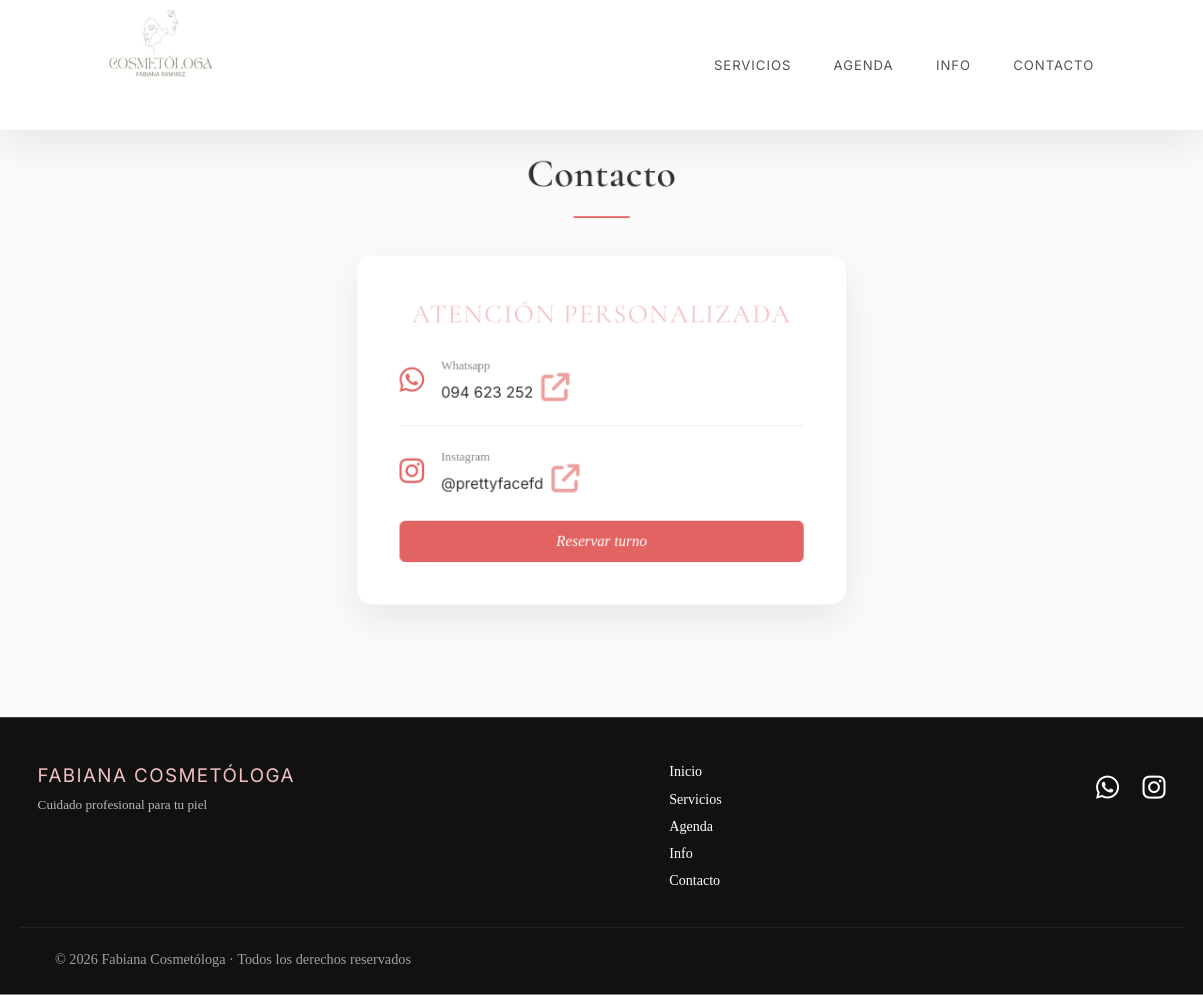
Repository: thiagobal1891-sudo/paginaweb
Page: pages/contacto.html
These files come from the project's save history. The page is drawn as it stood at one moment and after the next save; the edit follows.
The browser window is 1280 px wide. The pictures show the whole page, at 94% of full size.
Some web fonts or font styles are not loaded; a fallback is used.

Above is the page before, as saved 2026-03-17 14:11:38.
Console error: ReferenceError: emailjs is not defined

### pages/contacto.html

<!DOCTYPE html>
<html lang="es">
<head>
  <meta charset="UTF-8">
  <meta name="viewport" content="width=device-width, initial-scale=1.0">
  <title>Fabiana Cosmetóloga</title>
  <link rel="stylesheet" href="../css/style.css">
  <link rel="preconnect" href="https://fonts.googleapis.com">
  <link rel="preconnect" href="https://fonts.gstatic.com" crossorigin>
  <link
    href="https://fonts.googleapis.com/css2?family=Melodrama:wght@400;500;600;700&family=Inter:wght@100..900&family=Poppins:wght@100..900&family=Cormorant+Garamond:wght@300..700&display=swap"
    rel="stylesheet">
  <link rel="stylesheet" href="https://cdnjs.cloudflare.com/ajax/libs/font-awesome/6.5.0/css/all.min.css"
    crossorigin="anonymous" referrerpolicy="no-referrer" />
</head>

<body>
  <header>
    <div class="container">
      <a href="../index.html" class="logo">
        <img src="../media/logo.png"
  alt="Logo de la marca"
  loading="lazy"
  decoding="async">
      </a>
      <nav>
        <a href="servicios.html">SERVICIOS</a>
        <a href="agenda.html">AGENDA</a>
        <a href="info.html">INFO</a>
        <a href="contacto.html">CONTACTO</a>
      </nav>
    </div>
  </header>
<main>
<section id="contacto" class="appear">
<div class="section-title">
<h2>Contacto</h2>
</div>
<div class="container">
<div class="contact-card">
<h3>Atención personalizada</h3>
<div class="contact-item">
<i class="fa-brands fa-whatsapp"></i>
<div class="contact-info">
<span class="label">Whatsapp</span>
<a href="https://wa.me/59894623252"
target="_blank"
rel="noopener noreferrer"
class="valor">
094 623 252
<i class="fa-solid fa-arrow-up-right-from-square link-icon"></i>
</a>
</div>
</div>
<hr>
<div class="contact-item">
<i class="fa-brands fa-instagram"></i>
<div class="contact-info">
<span class="label">Instagram</span>
<a href="https://www.instagram.com/prettyfacefd"
target="_blank"
rel="noopener noreferrer"
class="valor">
@prettyfacefd
<i class="fa-solid fa-arrow-up-right-from-square link-icon"></i>
</a>
</div>
</div>
<a href="agenda.html#agenda-ya" class="btn-vermas">
Reservar turno
</a>
</div>
</div>

</section>
</main>
  <footer class="footer">
  <div class="footer-container">
    <div class="footer-brand">
      <h3>Fabiana Cosmetóloga</h3>
      <p>Cuidado profesional para tu piel</p>
    </div>
    <div class="footer-links">
      <a href="../index.html">Inicio</a>
      <a href="../pages/servicios.html">Servicios</a>
      <a href="../pages/agenda.html">Agenda</a>
      <a href="../pages/info.html">Info</a>
      <a href="../pages/contacto.html">Contacto</a>
    </div>
    <div class="footer-social">
      <a href="https://wa.me/59894623252" target="_blank">
        <i class="fa-brands fa-whatsapp"></i>
      </a>
      <a href="https://www.instagram.com/prettyfacefd" target="_blank">
        <i class="fa-brands fa-instagram"></i>
      </a>
    </div>
  </div>
  <div class="footer-bottom">
    <p>© 2026 Fabiana Cosmetóloga · Todos los derechos reservados</p>
  </div>
</footer>
  <script src="https://cdn.jsdelivr.net/npm/emailjs-com@3/dist/email.min.js"></script>
  <script src="../script.js" defer></script>
</body>
</html>

### css/style.css
@charset "UTF-8";
* {
  box-sizing: border-box;
  margin: 0;
  padding: 0;
}
html {
  scroll-behavior: smooth;
  scroll-padding-top: var(--header-height);
  font-size: 100%;
}
:root{
  --header-height:80px;
  --primary:#E16463;
  --primary-soft:rgba(225,100,99,.15);
  --primary-soft-light:rgba(225,100,99,.08);
  --text-dark:#333;
  --text-soft:#777;
  --shadow-hover:0 20px 50px rgba(0,0,0,.12);
  --shadow-soft:0 15px 40px rgba(0,0,0,.08);
}
body{
  font-family:"Melodrama", serif;
  margin:0;
  animation:fadePage .6s ease;
  padding-top: var(--header-height);
}
@keyframes fadePage{
from{
  opacity:0;
  transform:translateY(10px);
}

to{
  opacity:1;
  transform:translateY(0);
}
}
.appear{
  opacity:0;
  transform:translateY(40px);
  transition:opacity .8s ease, transform .8s ease;
  will-change: transform, opacity;
}
.appear.show{
  opacity:1;
  transform:translateY(0);
}
h1 {
  font-size:clamp(2.2rem,4vw,4.5rem);
  line-height: 1.1;
}
h2 {
  font-size:clamp(1.6rem,3vw,2.5rem);
  line-height: 1.2;
}
p {
font-size:clamp(.95rem,1.1vw,1.1rem);
line-height:1.7;
max-width:60ch;
}
h3 {
  font-size: 0.9em;
  font-family: "Inter", sans-serif;
  font-weight: 400;
  letter-spacing: 1.5px;
  color: #f3c1c1;
  text-transform: uppercase;
}
section{
position:relative;
padding:100px 20px;
}
.info_carta {
  font-size: 0.85em;
  color: #f2f2f2;
  font-family: "Inter", sans-serif;
  line-height: 1;
  margin-bottom: 2px;
  max-width:450px;
}
ul {
  list-style: none;
  padding-left: 0;
  font-size: 0.75em;
  font-family: "Inter", sans-serif;
  color: #ffffff;
}
ul li {
  margin-bottom: 4px;
  line-height: 1.3;
  padding-left: 22px;
  position: relative;
  opacity: 0.95;
  transition: transform 0.3s ease, opacity 0.3s ease;
}
ul li::before {
  content: "✧";
  position: absolute;
  left: 0;
  top: 0;
  color: #f3c1c1;
  font-size: 0.75em;
}
img{
transition:transform .6s ease, filter .6s ease;
height: auto;
max-width: 100%;
will-change: transform;
display: block;
}
button {
  font-size: 1rem;
  font-weight: 400;
  padding: 10px 30px;
  border-radius: 10px;
  border: 1.5px solid rgb(84, 84, 84);
  box-shadow: var(--shadow-soft);
  color: white;
  background-color: #d86a6a;
  font-family: "Inter", sans-serif;
  transition: all .25s ease;
  cursor: pointer;
  font-weight: bold;
}
button:hover {
  background-color: white;
  color:var(--primary);
  border-color: white;
  transform: translateY(-2px);
}
button:active{
  transform:scale(.97);
}
.container{
  max-width:1100px;
  margin-inline:auto;
  padding-inline:20px;
  width:100%;
  position:relative;
}
.container > *:not(:last-child){
  margin-bottom:40px;
}
header{
  position:fixed;
  width:100%;
  top:0;
  left:0;
  background-color:white;
  z-index:1000;
  box-shadow: var(--shadow-soft);
  transition:.3s;
  padding:10px 0;
}
header.scrolled{
  background:rgba(255,255,255,0.9);
  backdrop-filter:blur(8px);
  box-shadow:var(--shadow-soft);
}
header .logo {
  display: flex;
  align-items: center;
  justify-content: flex-start;
}
header .logo img{
  width:110px;
  height:auto;
  margin-bottom:6px;
}
header .container {
  display: flex;
  align-items: center;
  padding:0 16px;
  justify-content: space-between;
}
header nav {
  display: flex;
  flex-direction: row;
  justify-content: center;
  align-items: center;
  text-align: center;
}
header a {
  padding: 0px 5px;
  text-decoration: none;
  color: rgb(84, 84, 84);
  display: inline-block;
  font-family: "Inter", sans-serif;
  margin: 0 5px;
  font-size:14px;
  letter-spacing:1px;
}
header a:hover {
  color:var(--primary);
}
.hero-tag{
  font-family:"Inter",sans-serif;
  letter-spacing:2px;
  font-size:12px;
  text-transform:uppercase;
  color:#f3c1c1;
  display:block;
  margin-left:20px;
  margin-bottom:12px;
  opacity:.9;
}
.hero-sub{
  color:white;
  max-width:520px;
  margin-left:20px;
  margin-top:18px;
  font-family:"Inter",sans-serif;
  font-size:clamp(0.95rem,1.1vw,1.1rem);
  line-height:1.6;
  opacity:.95;
}
.btn-hero{
  display:inline-block;
  margin-left:20px;
  margin-top:35px;
  padding:14px 34px;
  border-radius:30px;
  background:var(--primary);
  color:white;
  text-decoration:none;
  font-family:"Inter",sans-serif;
  font-weight:600;
  letter-spacing:.5px;
  transition:.3s;
}
.btn-hero:hover{
    transform:translateY(-3px);
  box-shadow:var(--shadow-hover);
}
#hero {
    display: flex;
    align-items: flex-start;
    justify-content: center;
    text-align: left;
    flex-direction: column;
    min-height: 100vh;
    background-image: linear-gradient(0deg, rgba(0, 0, 0, 0.5),
      rgba(0, 0, 0, 0.5)),
      url("../media/fotopiel-rutina-de-skincare-cuidado-facial.webp");
      background-repeat: no-repeat;
      background-size: cover;
      background-position: center center; }
#hero h1 {
  color: white;
  font-family: "Cormorant Garamond";
  font-weight: 600;
  align-self: flex-start;
  text-align: left;
  font-size:clamp(2.5rem,5vw,4.5rem);
  padding-left:20px;
  max-width:90%;
  animation:heroFade 1.2s ease;
}
#hero::after{
  content:"";
  position:absolute;
  bottom:0;
  left:0;
  width:100%;
  height:120px;
  background:linear-gradient(to bottom, transparent, white);
}

@keyframes heroFade{
from{
opacity:0;
transform:translateY(40px);
}
to{
opacity:1;
transform:translateY(0);
}
}
.section-title{
  text-align:center;
  position:relative;
  }
  #Tratamientos .section-title {
  padding-top: 70px;
}
.section-title.show{
  opacity:1;
  transform:translateY(0);
}
.section-title h2{
  font-family:"Cormorant Garamond", serif;
  font-size:36px;
  font-weight:600;
  color:var(--text-dark);
  margin-bottom:10px;
  letter-spacing:0.5px;
}
.section-title p{
  font-family:"Inter", sans-serif;
  font-size:13px;
  color: var(--text-soft);
  letter-spacing:1.5px;
  text-transform:uppercase;
  max-width:65ch;
  margin:0 auto 80px auto; /* ← separación abajo */
  text-align:center;
}
.section-title::after{
  content:"";
  display:block;
  width:60px;
  height:2px;
  background-color: var(--primary);
  margin:20px auto 0;
  border-radius:2px;
}
.no-line::after {
  display: none;
}

.carousel_infocosmet {
  width: 100%;
  position: relative;
  background-color: var(--primary-soft);
  padding:90px 0;
  overflow:hidden;
}
.carousel-track{
  display:flex;
  will-change: transform;
}
.slide{
  flex:0 0 100%;
  display:flex;
  justify-content:center;
  gap:40px;
  position:relative;
  min-width: 100%;
}
.img-wrapper{
  position:relative;
  width:100%;
  max-width:520px;
  aspect-ratio:16/9;
  height:auto;
  overflow:hidden;
  border-radius:12px;
  margin:0 auto;
  display: block;
  box-shadow: var(--shadow-soft);
  transition:transform .4s ease, box-shadow .4s ease;
}

.img-wrapper img {
  width:100%;
  height:100%;
  object-fit:cover;
  transition:transform .6s ease, filter .6s ease;
}
.img-wrapper:hover{
  transform:translateY(-4px);
}
.img-wrapper:hover img{
  transform:scale(1.06);
}

#infocosmet .img-wrapper{
  position:relative;
  overflow:hidden;
}
.badge{
  position:absolute;
  left:12px;
  background:rgba(0,0,0,.55);
  backdrop-filter:blur(4px);
  color:white;
  font-family:"Inter",sans-serif;
  font-size:11px;
  letter-spacing:1.5px;
  padding:6px 14px;
  border-radius:20px;
  white-space:nowrap;
  z-index:20;
}

.badge.top{
  top:12px;
}

.badge.bottom{
  bottom:12px;
}

#Tratamientos .container{
  background: linear-gradient(180deg, #fffdf8, #fff6ee);
  box-shadow: var(--shadow-soft);
}
.carousel-wrapper{
  overflow:hidden;
  max-width:1200px;
  margin:0 auto;
  position:relative;
}
.carta-tratamientos{
  display:flex;
  gap:20px;
  overflow-x:auto;
  scroll-snap-type:x mandatory;
  scroll-behavior:smooth;
  padding:10px;
}
.carta-tratamientos::-webkit-scrollbar{
  display:none;
}
.carta{
  flex:0 0 100%;
  scroll-snap-align:center;
  min-height:520px;
  height:auto;
  border-radius:12px;
  background:white;
  padding:30px 25px;
  background-size:cover;
  background-position:center;
  position:relative;
  overflow: hidden;
}
.carta::before{
  content:"";
  position:absolute;
  top:0;
  left:0;
  width:100%;
  height:3px;
  background-color: var(--primary);
  transform:scaleX(0);
  transform-origin:left;
  transition:transform 0.3s ease;
}
.carta:hover::before{
  transform:scaleX(1);
}
.carta > * {
  position: relative;
  z-index: 2;
}
.carta h3{
  margin-bottom:10px;
}
.carta p{
  margin-bottom:10px;
}
.carta ul{
  margin-top:10px;
}
.carta:hover::after{
  left:100%;
}
.carta:hover ul li {
  transform: translateX(4px);
  opacity: 1;
}
.carta:hover h3{
  color:var(--primary);
}
.carta,
.agenda-card,
.consulta-card{
  transition:all .35s ease;
}
.carta:hover,
.agenda-card:hover,
.consulta-card:hover{
  transition:all .35s ease;
  box-shadow: var(--shadow-hover);
}
.arrow{
  border: none;
  background: none;
  position:absolute;
  top:50%;
  transform:translateY(-50%);
  z-index:5;
  width:40px;
  height:40px;
  border-radius:50%;
  display:flex;
  align-items:center;
  justify-content:center;
  cursor:pointer;
}
.arrow.left {
  left: 15px;
}
.arrow.right {
  right: 15px;
}
.carta:first-child {
  background-image: linear-gradient(0deg, rgba(0, 0, 0, 0.5), rgba(0, 0, 0, 0.5)), url("../media/Tratamientos-3.jpg");
}
.carta:nth-child(2) {
  background-image: linear-gradient(0deg, rgba(0, 0, 0, 0.5), rgba(0, 0, 0, 0.5)), url("../media/Tratamientos-2.jpg");
}
.carta:nth-child(3) {
  background-image: linear-gradient(0deg, rgba(0, 0, 0, 0.5), rgba(0, 0, 0, 0.5)), url("../media/Tratamientos-1.jpg");
}
.carta:nth-child(4) {
  background-image: linear-gradient(0deg, rgba(0, 0, 0, 0.5), rgba(0, 0, 0, 0.5)), url("../media/Tratamientos-1.jpg");
}
.carta:nth-child(5) {
  background-image: linear-gradient(0deg, rgba(0, 0, 0, 0.5), rgba(0, 0, 0, 0.5)), url("../media/Tratamientos-2.jpg");
}
.carta:nth-child(6) {
  background-image: linear-gradient(0deg, rgba(0, 0, 0, 0.5), rgba(0, 0, 0, 0.5)), url("../media/Tratamientos-1.jpg");
}
.carta:nth-child(7) {
  background-image: linear-gradient(0deg, rgba(0, 0, 0, 0.5), rgba(0, 0, 0, 0.5)), url("../media/Tratamientos-1.jpg");
}

#agenda-ya{
  padding:120px 20px;
  background-color: var(--primary-soft);
}
.agenda-card{
  max-width:900px;
  margin:auto;
  background:white;
  padding:30px;
  border-radius:20px;
  box-shadow:var(--shadow-soft);
  border:1px solid rgba(225,100,99,.2);
}
#agenda-ya iframe{
  max-width:900px;
  width:100%;
  height:650px;
  border-radius:20px;
  background:white;
  box-shadow:var(--shadow-soft);
  border:1px solid rgba(225,100,99,.2);
  padding:10px;
}
.link-icon {
  font-size: 0.15em;
  margin-left: 4px;
  opacity: 0.6;
  transition: all 0.3s ease;
}
#consultas{
padding:120px 20px;
background-color: var(--primary-soft-light);
}
#consultas .container{
  display:flex;
  flex-direction:column;
  align-items:center;
  max-width:700px;
  margin:0 auto;
}
.consulta-card{
  width:100%;
  max-width:600px;
  margin:0 auto;
}
.consulta-sub{
  text-align:center;
  font-family:"Inter", sans-serif;
  font-size:14px;
  color: var(--text-soft);
  margin-bottom:25px;
}
.consulta-card form{
  width:100%;
  max-width:500px;
  margin:auto;
}
.consulta-card h3{
  margin-bottom:35px;
  text-align:center;
  font-family:"Cormorant Garamond", serif;
  font-size:28px;
  color:var(--text-dark);
  letter-spacing:0;
  text-transform:none;
  width:100%;
}
.form-group {
  position: relative;
  margin-bottom: 25px;
}
.form-group input,
.form-group textarea{
  width:100%;
  padding:16px 14px;
  border-radius:14px;
  border:1px solid #e5e5e5;
  font-size:15px;
  font-family:"Inter", sans-serif;
  outline:none;
  transition:all .3s ease;
  background:#fff;
}
.form-group input:focus,
.form-group textarea:focus{
  border-color: var(--primary);
  box-shadow: var(--shadow-hover);
}
.form-group label {
  position: absolute;
  left: 12px;
  top: 14px;
  font-size: 14px;
  color: #888;
  transition: 0.3s ease;
  pointer-events: none;
}
.form-group input:focus + label,
.form-group input:not(:placeholder-shown) + label,
.form-group textarea:focus + label,
.form-group textarea:not(:placeholder-shown) + label {
  top: -8px;
  left: 10px;
  font-size: 12px;
  background: white;
  padding: 0 5px;
  color:var(--primary);
}
.btn-enviar{
  width:100%;
  padding:16px;
  border-radius:30px;
  border:none;
  background:linear-gradient(135deg,#E16463,#d04f4f);
  color:white;
  font-weight:600;
  font-size:15px;
  cursor:pointer;
  transition:all .3s ease;
  margin-top:10px;
}
.btn-enviar:hover{
  transform:translateY(-2px);
  box-shadow:var(--shadow-soft);
}

#sobre{
  padding:80px 20px;
}
.sobre-container{
  display:flex;
  align-items:center;
  gap:25px;
  margin-top:50px;
  flex-wrap:wrap;
  text-align: left;
}
.sobre-container.reverse{
  flex-direction:row-reverse;
}
.sobre-texto{
  flex:1;
  min-width:280px;
}
.sobre-texto p{
  font-family:"Inter",sans-serif;
  line-height:1.7;
  margin-bottom:20px;
  color:#444;
}
.sobre-texto h3{
  font-family:"Cormorant Garamond",serif;
  font-size:30px;
  margin-bottom:10px;
}
.sobre-img{
  flex:1;
  min-width:280px;
}
.sobre-img img{
  width:100%;
  border-radius:12px;
  box-shadow: var(--shadow-soft);
}
.sobre-container.reverse .btn-vermas{
  margin-top:40px;
}
.confianza{
  padding:80px 20px;
  background:#fafafa;
}
.confianza-grid{
  display:grid;
  grid-template-columns:repeat(auto-fit,minmax(220px,1fr));
  gap:30px;
  margin-top:50px;
}
.confianza-item{
  background:white;
  padding:30px;
  border-radius:14px;
  text-align:center;
  box-shadow: var(--shadow-soft);
  transition:.3s;
}
.confianza-item:hover{
  transform:translateY(-6px);
  box-shadow:var(--shadow-hover);
}
.confianza-item i{
  font-size:34px;
  color:var(--primary);
  margin-bottom:15px;
}
.confianza-item h3{
  font-family:"Cormorant Garamond",serif;
  font-size:22px;
  margin-bottom:10px;
}
.confianza-item p{
  font-family:"Inter",sans-serif;
  font-size:14px;
  line-height:1.6;
  color:#555;
}
.link-servicios {
  display: block;
  margin-bottom: 20px;
  font-size: 1rem;
  color: var(--text-soft);
}
.btn-vermas {
  display: inline-flex;
  align-items: center;
  justify-content: center;
  padding: 12px 28px;
  border-radius: 6px;
  font-size: 1rem;
  cursor: pointer;
  font-style: italic;
  background-color: var(--primary);
  color: white;
  text-decoration: none;
  border: 1.5px solid #E16463;
  transition: all 0.3s ease;
}
.btn-vermas:hover{
  transform:translateY(-3px);
  box-shadow: var(--shadow-hover);
  background-color: white;
  color:var(--primary);
}
.whatsapp-float,
.instagram-float{
  position:fixed;
  right:25px;
  width:60px;
  height:60px;
  border-radius:50%;
  display:flex;
  align-items:center;
  justify-content:center;
  color:white;
  font-size:28px;
  text-decoration:none;
  box-shadow:0 8px 18px rgba(0,0,0,0.25);
  z-index:1000;
  transition:transform .3s ease, box-shadow .3s ease;
  animation:floatIn .6s ease;
}
.whatsapp-float i,
.instagram-float i{
  text-decoration:none;
}
.whatsapp-float{
  bottom:25px;
  background:#25D366;
}
.instagram-float{
  bottom:100px;
  background:linear-gradient(45deg,#f58529,#dd2a7b,#8134af,#515bd4);
}
.whatsapp-float:hover,
.instagram-float:hover{
  transform:scale(1.12);
  box-shadow:0 12px 24px rgba(0,0,0,0.35);
}
.hide-float{
  opacity:0;
  pointer-events:none;
  transform:translateY(20px);
  transition:all .3s ease;
}
@keyframes floatIn{
from{
  opacity:0;
  transform:translateY(40px);
}
to{
  opacity:1;
  transform:translateY(0);
}
}

#contacto{
  padding:80px 20px;
  background:#fafafa;
}
.contact-card{
  max-width:520px;
  margin:40px auto;
  background:white;
  padding:45px;
  border-radius:16px;
  box-shadow: var(--shadow-soft);
  text-align:left;
}
.contact-card h3{
  text-align:center;
  margin-bottom:30px;
  font-family:"Cormorant Garamond",serif;
  font-size:28px;
}
.contact-item{
  display:flex;
  align-items:center;
  gap:18px;
  margin:20px 0;
}
.contact-item i{
  font-size:30px;
  color:var(--primary);
}
.contact-info{
  display:flex;
  flex-direction:column;
}
.label{
  font-size:13px;
  color:#888;
}
.valor{
  font-size:16px;
  font-family:"Inter",sans-serif;
  text-decoration:none;
  color: var(--text-dark);
}
.valor:hover{
  color:var(--primary);
}
hr{
  border:none;
  border-top:1px solid #eee;
  margin:25px 0;
}
.contact-card .btn-vermas{
  display:block;
  margin:30px auto 0;
  text-align:center;
}

.footer {
  background: #111;
  color: #fff;
  padding: 50px 20px 25px;
  text-align: center;
}
.footer-container {
  display: flex;
  flex-direction: column;
  align-items: center;
  gap: 35px;
  text-align: center;
}
.footer-brand h3 {
  font-size: 20px;
  margin-bottom: 8px;
}
.footer-brand p {
  font-size: 14px;
  opacity: 0.7;
}
.footer-links {
  display: flex;
  flex-direction: column;
  gap: 12px;
}
.footer-links a {
  text-decoration: none;
  color: #fff;
  font-size: 15px;
  transition: 0.3s;
}
.footer-links a:hover {
  color:var(--primary);
}
.footer-social {
  display: flex;
  gap: 25px;
  margin-top: 10px;
}
.footer-social a {
  font-size: 28px;
  color: #fff;
  transition: 0.3s;
}
.footer-social a:active {
  transform: scale(0.9);
  color:var(--primary);
}
.footer-bottom {
  margin-top: 40px;
  padding-top: 20px;
  border-top: 1px solid rgba(255,255,255,0.15);
  font-size: 13px;
  opacity: 0.6;
}

@media (max-width: 768px){
:root{
  --header-height:80px;
}
header{
  height:var(--header-height);
  padding:8px 0;
}

header .logo img{
  width:110px;
}
.slide{
  flex-direction:column;
  gap:20px;
  align-items:center;
}
.img-wrapper{
  width:90%;
  max-width:none;
  aspect-ratio: 4/5;
}
#hero{
  align-items:center;
  text-align:center;
  padding:0 20px;
  min-height: 85vh;
}
#hero h1{
  font-size:2.4rem;
  line-height:1.2;
  padding-left:0;
  max-width:100%;
}
.hero-tag{
  margin-left:0;
  text-align:center;
}
.hero-sub{
  margin-left:0;
  text-align:center;
  font-size:0.95rem;
}
.btn-hero{
margin-left:0;
}

header nav {
  gap: 10px;
  flex-wrap: wrap;
}
.info_carta{
  font-size:0.95em;
}
ul{
  font-size:0.85em;
}
.carta{
  flex:0 0 100%;
  min-height:560px;
  padding:40px 30px;
}

.sobre-texto {
  text-align: left;
}
.sobre-texto p {
  font-size: 1rem;
}
.sobre-img2 img{
  width:900px;
  border-radius:12px;
  box-shadow: var(--shadow-soft);
}

}
@media (min-width: 1024px) {

  section{
padding:120px 40px;
}
  #hero {
  align-items: center;
  text-align: center;
  padding: 0 10%;
}
#hero h1{
  font-size:4.5rem;
}
#hero button {
  margin-left: 0;
  align-self: center;
}

header nav {
  gap: 25px;
}
.slide {
  display: flex;
  flex-direction: row;
  justify-content: center;
  gap: 40px;
}
.slide::after{
  content:"";
  position:absolute;
  top:50%;
  left:50%;
  transform:translate(-50%,-50%);
  width:1px;
  height:70%;
  background:linear-gradient( to bottom, transparent, rgba(225,100,99,0.4), transparent);
  pointer-events:none;
}
.img-wrapper {
  width: 450px;
  overflow: hidden;
  border-radius: 15px;
}

#Tratamientos {
  padding:120px 10%;
  background-color: var(--primary-soft);
}
#Tratamientos .container {
  background: linear-gradient(180deg, #fffdf8, #fff6ee);
  padding: 80px 0;
}
.carousel-wrapper {
  overflow: hidden;
  max-width:1200px;
  margin:0 auto;
}
.carta-tratamientos{
  gap:30px;
  transition: transform 0.5s ease;
}
.carta{
  flex:0 0 calc((100% - 30px) / 2);
  min-height:520px;
  height:auto;
  border-radius:20px;
  padding:50px 60px;
}
.arrow{
  background:var(--primary-soft-light);
}
.arrow.left {
  left: 10px;
}
.arrow.right {
  right: 10px;
}
.section-title h2{
  font-size:42px;
}
.sobre-container {
  flex-direction: row;
}
.sobre-texto {
  text-align: left;
}
.sobre-texto p {
  font-size: 1.1rem;
}
.sobre-img2 img{
  width:900px;
  border-radius:12px;
  box-shadow: var(--shadow-soft);
}
#agenda-ya{
  padding:120px 20px;
}
.footer-container {
  flex-direction: row;
  justify-content: space-between;
  align-items: flex-start;
  text-align: left;
  max-width: 1200px;
  margin: auto;
}
}

Loaded but not shown: script.js (130 lines, source omitted)

After the next save:
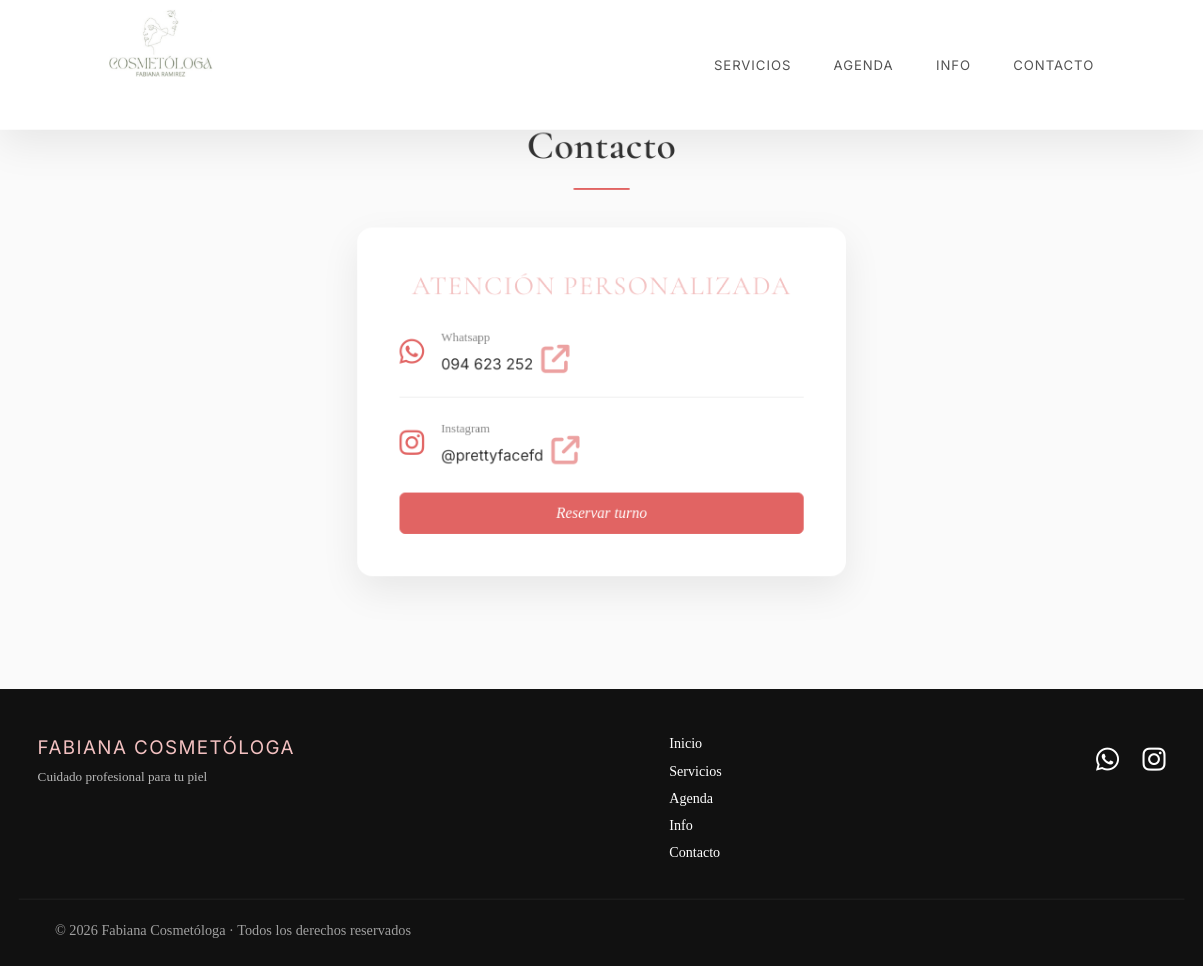
Saved 17 s later.
--- a/css/style.css
+++ b/css/style.css
@@ -10,7 +10,7 @@ html {
   font-size: 100%;
 }
 :root{
-  --header-height:80px;
+  --header-height:50px;
   --primary:#E16463;
   --primary-soft:rgba(225,100,99,.15);
   --primary-soft-light:rgba(225,100,99,.08);
